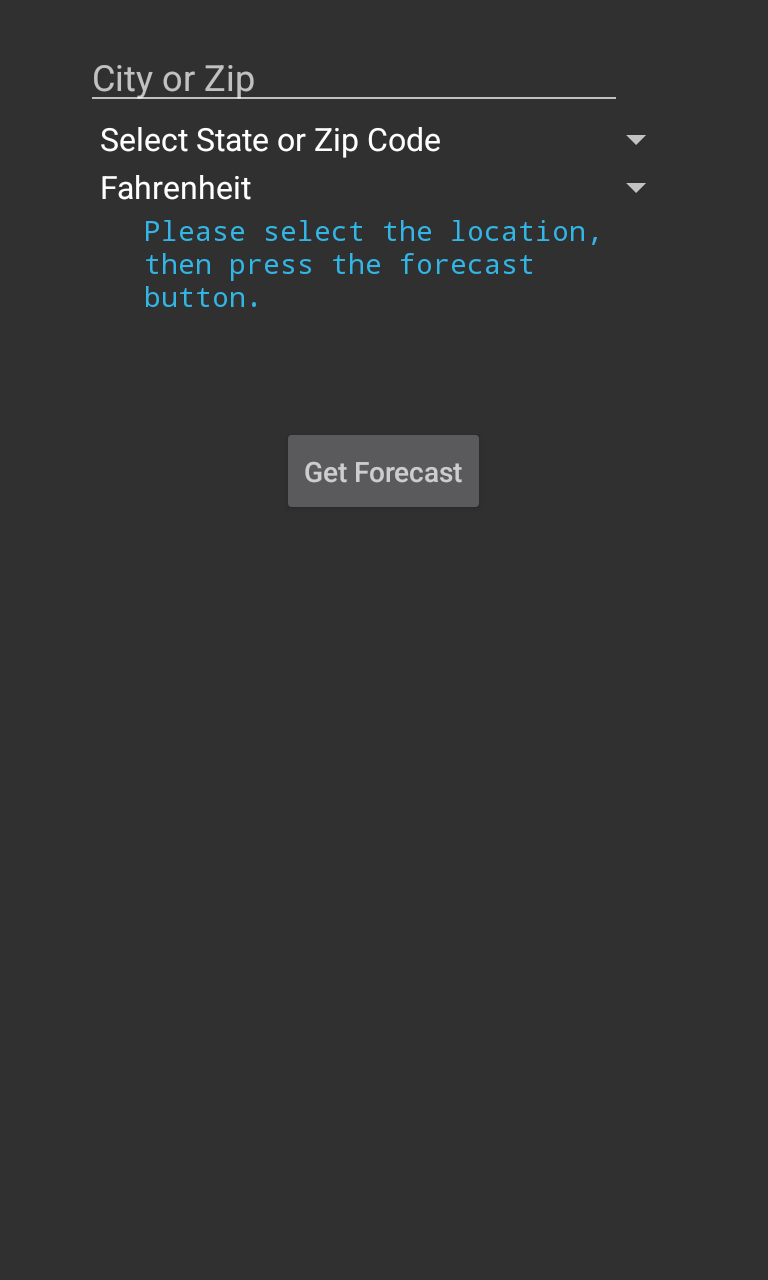
Repository: g80349/Java1
Layout: Week4/Weather/res/layout/activity_main.xml
These files come from the project's save history. The layout is drawn as it stood at one moment and after the next save; the edit follows.
It is drawn on a 768 x 1280 px phone screen (xhdpi) without system bars, with theme Theme.AppCompat; the app's code is not run.

Above is the layout before, as saved 2014-04-30 18:08:08.

### Week4/Weather/res/layout/activity_main.xml
<RelativeLayout xmlns:android="http://schemas.android.com/apk/res/android"
    xmlns:tools="http://schemas.android.com/tools"
    android:layout_width="match_parent"
    android:layout_height="match_parent"
    android:paddingBottom="@dimen/activity_vertical_margin"
    android:paddingLeft="@dimen/activity_horizontal_margin"
    android:paddingRight="@dimen/activity_horizontal_margin"
    android:paddingTop="@dimen/activity_vertical_margin"
    tools:context="com.example.weather.MainActivity$PlaceholderFragment" >

    <EditText
        android:id="@+id/edit_city"
        android:layout_width="300dp"
        android:layout_height="wrap_content"
        android:layout_alignLeft="@+id/state"
        android:layout_alignRight="@+id/forecast"
        android:hint="@string/cityText" />

    <Spinner
        android:id="@+id/state"
        android:layout_width="300dp"
        android:layout_height="wrap_content"
        android:layout_below="@+id/edit_city"
        android:layout_centerHorizontal="true"
        android:entries="@array/state_array" />

    <Spinner
        android:id="@+id/measurement"
        android:layout_width="300dp"
        android:layout_height="wrap_content"
        android:layout_alignLeft="@+id/state"
        android:layout_below="@+id/state"
        android:entries="@array/measurement_array" />

    <TextView
        android:id="@+id/forecast"
        android:layout_width="240dp"
        android:layout_height="wrap_content"
        android:layout_below="@+id/measurement"
        android:layout_centerHorizontal="true"
        android:text="@string/forecast_text"
        style="@style/textStyle"/>

    <Button
        android:id="@+id/enter"
        android:layout_width="wrap_content"
        android:layout_height="wrap_content"
        android:layout_below="@+id/forecast"
        android:layout_centerHorizontal="true"
        android:layout_marginTop="54dp"
        android:hint="@string/enter_button"
        android:onClick="onClick" />

</RelativeLayout>

### Week4/Weather/res/values/strings.xml
<?xml version="1.0" encoding="utf-8"?>
<resources>

    <string name="app_name">Weather</string>
    <string name="forecast_text">Please select the location, then press the forecast button.</string>
    <string name="action_settings">Settings</string>

    <string name="cityText">City or Zip</string>
    <string-array name="state_array">
        <item>Select State or Zip Code</item>
        <item>Zip Code</item>
        <item>AL</item>
        <item>AK</item>
        <item>AZ</item>
        <item>AR</item>
        <item>CA</item>
        <item>CO</item>
        <item>CT</item>
        <item>DE</item>
        <item>FL</item>
        <item>GA</item>
        <item>HI</item>
        <item>ID</item>
        <item>IL</item>
        <item>IN</item>
        <item>IA</item>
        <item>KS</item>
        <item>KY</item>
        <item>LA</item>
        <item>ME</item>
        <item>MD</item>
        <item>MA</item>
        <item>MI</item>
        <item>MN</item>
        <item>MS</item>
        <item>MO</item>
        <item>MT</item>
        <item>NE</item>
        <item>NV</item>
        <item>NH</item>
        <item>NJ</item>
        <item>NM</item>
        <item>NY</item>
        <item>NC</item>
        <item>ND</item>
        <item>OH</item>
        <item>OK</item>
        <item>OR</item>
        <item>PA</item>
        <item>RI</item>
        <item>SC</item>
        <item>SD</item>
        <item>TN</item>
        <item>TX</item>
        <item>UT</item>
        <item>VT</item>
        <item>VA</item>
        <item>WA</item>
        <item>WV</item>
        <item>WI</item>
        <item>WY</item>
    </string-array>
    <string-array name="measurement_array">
        <item>Fahrenheit</item>
        <item>Celcius</item>
    </string-array>

    <string name="enter_button">Get Forecast</string>

</resources>

### Week4/Weather/res/values/styles.xml
<resources>

    <!--
        Base application theme, dependent on API level. This theme is replaced
        by AppBaseTheme from res/values-vXX/styles.xml on newer devices.
    -->
    <style name="AppBaseTheme" parent="Theme.AppCompat.Light">
        <!--
            Theme customizations available in newer API levels can go in
            res/values-vXX/styles.xml, while customizations related to
            backward-compatibility can go here.
        -->
    </style>

    <!-- Application theme. -->
  <!--  <style name="AppTheme" parent="AppBaseTheme">
         All customizations that are NOT specific to a particular API-level can go here. -->
        <style name="textStyle" parent="@style/Theme.AppCompat">
			<item name="android:layout_width">fill_parent</item>
			<item name="android:layout_height">wrap_content</item>
			<item name="android:textColor">#33B5E5</item>
			<item name="android:typeface">monospace</item>
		</style>
    <!--</style>-->

</resources>

Loaded but not shown: Week4/Weather/res/values/dimens.xml (common file); Week4/Weather/res/values-w820dp/dimens.xml (common file)

After the next save:
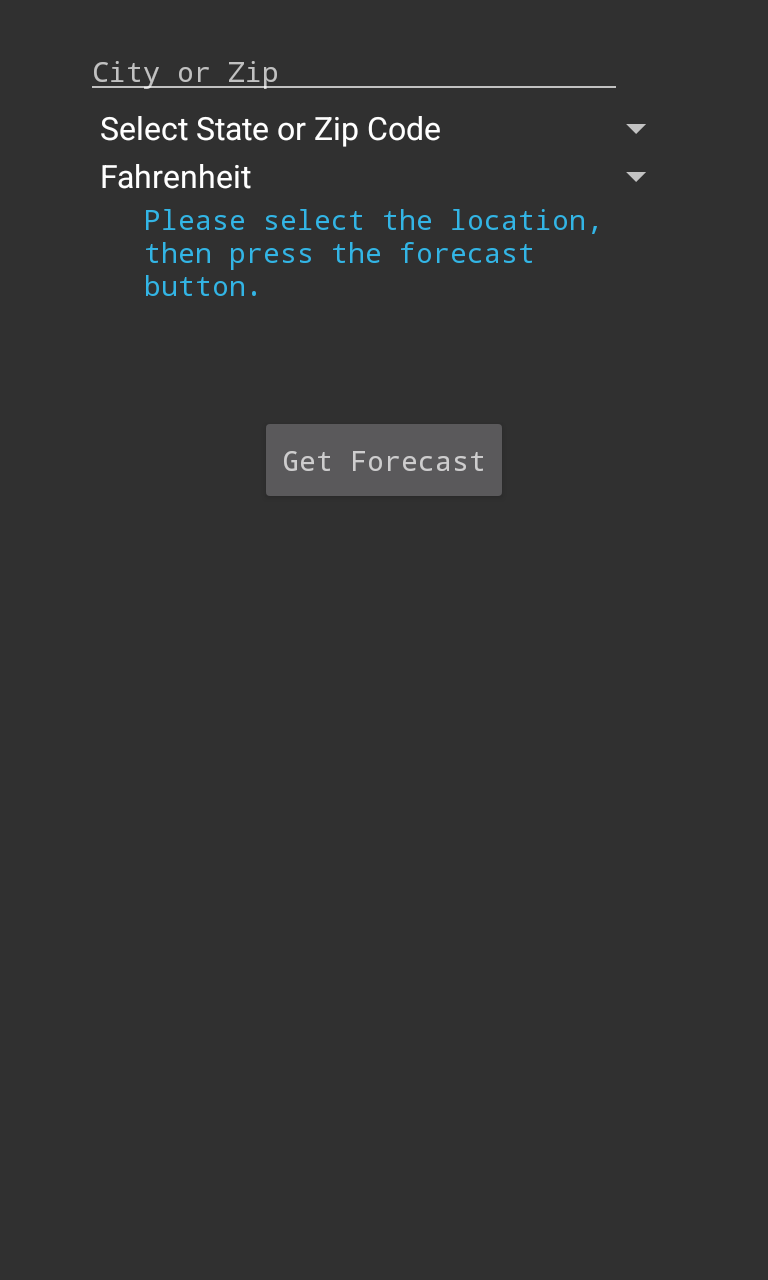
Saved 4 min 18 s later.
--- a/Week4/Weather/res/layout/activity_main.xml
+++ b/Week4/Weather/res/layout/activity_main.xml
@@ -14,7 +14,8 @@
         android:layout_height="wrap_content"
         android:layout_alignLeft="@+id/state"
         android:layout_alignRight="@+id/forecast"
-        android:hint="@string/cityText" />
+        android:hint="@string/cityText"
+        style="@style/textStyle" />
 
     <Spinner
         android:id="@+id/state"
@@ -22,7 +23,8 @@
         android:layout_height="wrap_content"
         android:layout_below="@+id/edit_city"
         android:layout_centerHorizontal="true"
-        android:entries="@array/state_array" />
+        android:entries="@array/state_array"
+        style="@style/textStyle" />
 
     <Spinner
         android:id="@+id/measurement"
@@ -30,7 +32,8 @@
         android:layout_height="wrap_content"
         android:layout_alignLeft="@+id/state"
         android:layout_below="@+id/state"
-        android:entries="@array/measurement_array" />
+        android:entries="@array/measurement_array"
+        style="@style/textStyle" />
 
     <TextView
         android:id="@+id/forecast"
@@ -49,6 +52,7 @@
         android:layout_centerHorizontal="true"
         android:layout_marginTop="54dp"
         android:hint="@string/enter_button"
-        android:onClick="onClick" />
+        android:onClick="onClick"
+        style="@style/textStyle" />
 
 </RelativeLayout>
